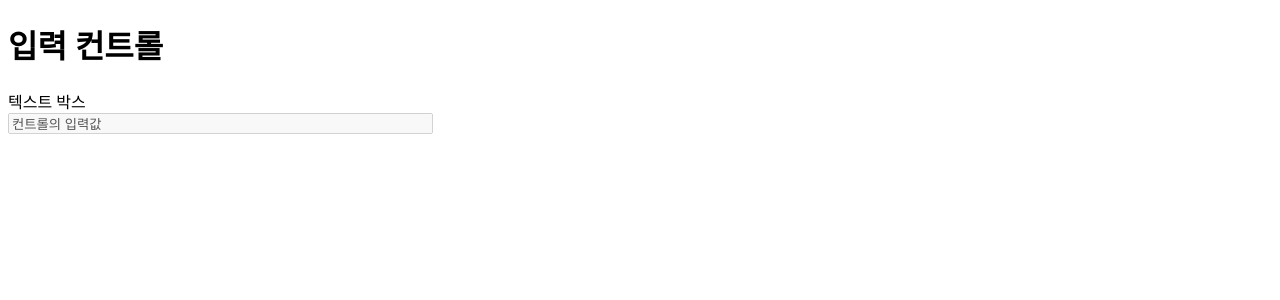
Repository: Hwang-97/HhwDesktop
Page: client/ClientTest/src/main/webapp/html/ex17_form.html
An editor plug-in stored every save of this project. The page is shown before and after the next save, followed by the edit.
The browser window is 1280 px wide. The pictures show the whole page.

Above is the page before, as saved 2021-12-13 01:46:52.

After the next save:
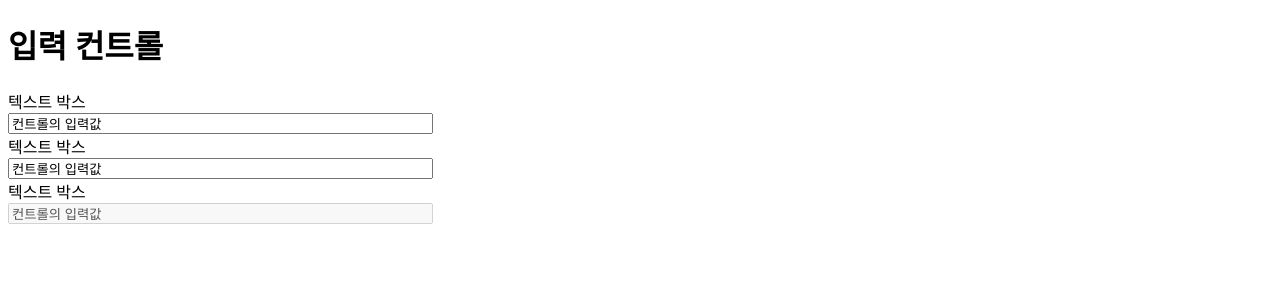
Saved 37 s later.
--- a/client/ClientTest/src/main/webapp/html/ex17_form.html
+++ b/client/ClientTest/src/main/webapp/html/ex17_form.html
@@ -22,7 +22,17 @@
 텍스트 박스
 <form action="">
 <input type = "text" name="txt1" id="txt1" class = "txt" size="50"
-maxlength="5" value="컨트롤의 입력값" readonly disabled>
+maxlength="5" value="컨트롤의 입력값">
+</form>
+텍스트 박스
+<form action="">
+<input type = "text" name="txt1" id="txt1" class = "txt" size="50"
+maxlength="5" value="컨트롤의 입력값" readonly >
+</form>
+텍스트 박스
+<form action="">
+<input type = "text" name="txt1" id="txt1" class = "txt" size="50"
+maxlength="5" value="컨트롤의 입력값" disabled>
 </form>
 
 
